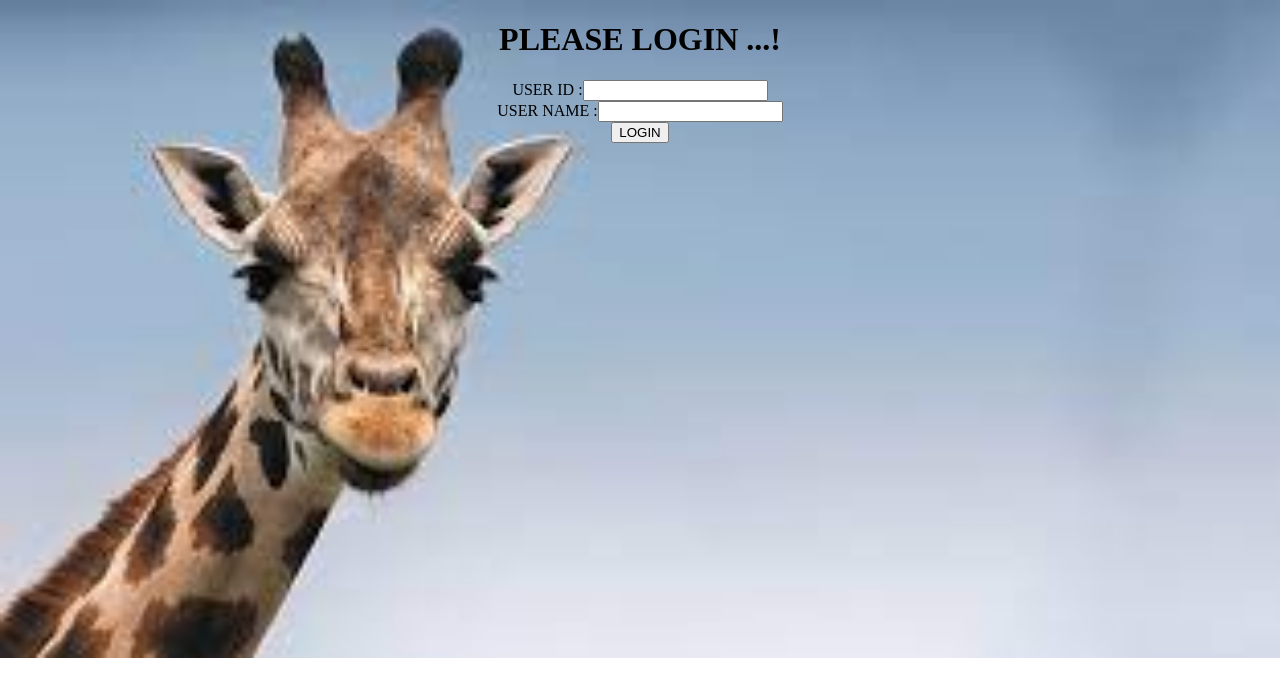
Repository: Thaneshwara848/E-Y
Page: Jdbc-Servlet-Jsp/Webemo5/src/main/webapp/LoginPage.html
The author's editor kept a copy of each file at every save. The page is drawn from the files as they stood at one save, then again after the next save.
The browser window is 1280 px wide. The pictures show the whole page.

Above is the page before, as saved 2023-05-22 06:39:08.

After the next save:
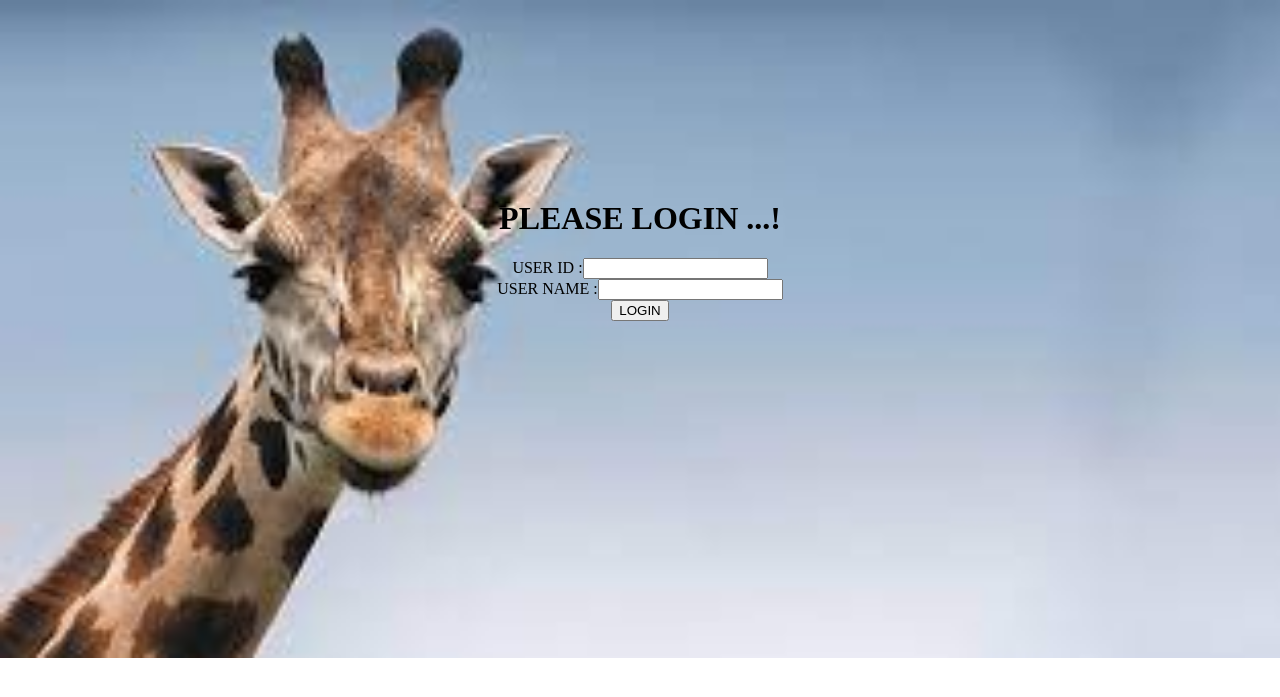
Saved 19 s later.
--- a/Jdbc-Servlet-Jsp/Webemo5/src/main/webapp/LoginPage.html
+++ b/Jdbc-Servlet-Jsp/Webemo5/src/main/webapp/LoginPage.html
@@ -13,7 +13,7 @@
 </style>
 </head>
 <body >
-<div style="text-align: center;">
+<div style="text-align: center;margin-top: 200px">
 
 	<form action="Login" method="POST">
 	<h1> PLEASE LOGIN ...!</h1>
